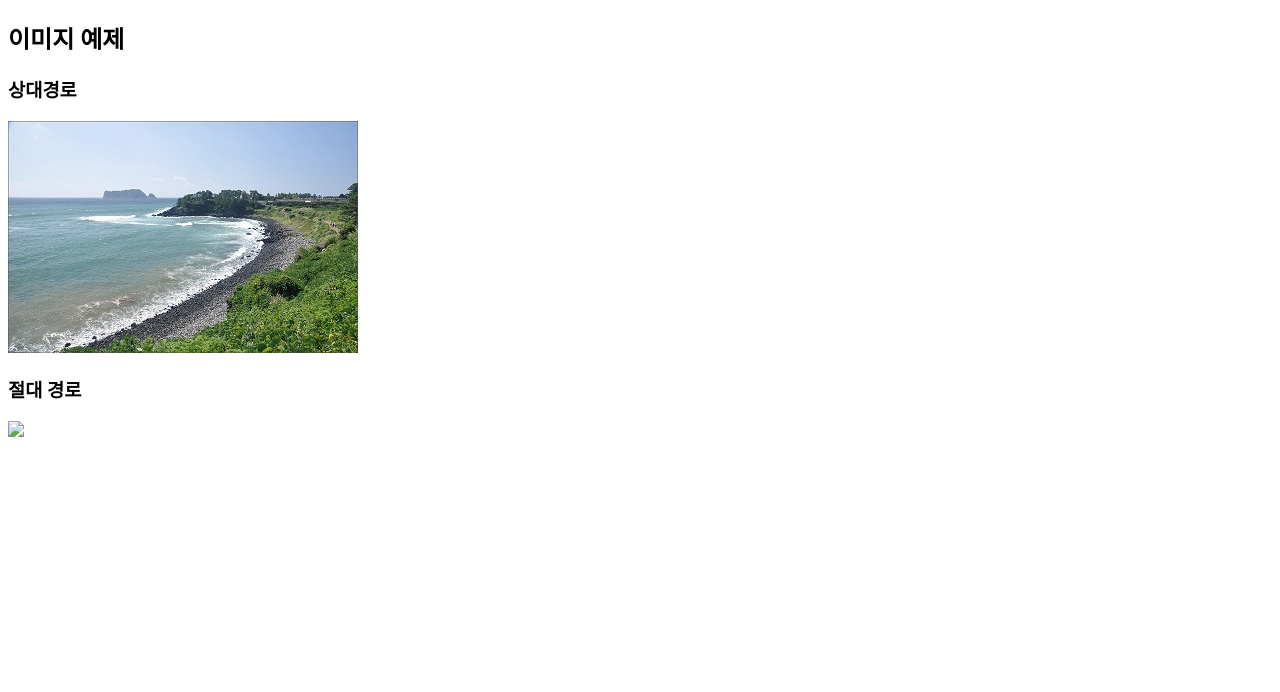
Repository: gus-123/Edu_KCC_HTML
Page: Html/WebContent/image.html
The author's editor kept a copy of each file at every save. The page is drawn from the files as they stood at one save, then again after the next save.
The browser window is 1280 px wide. The pictures show the whole page.

Above is the page before, as saved 2024-07-08 03:11:11.
Not found: Html/WebContent/images/road2.jpg alt =

After the next save:
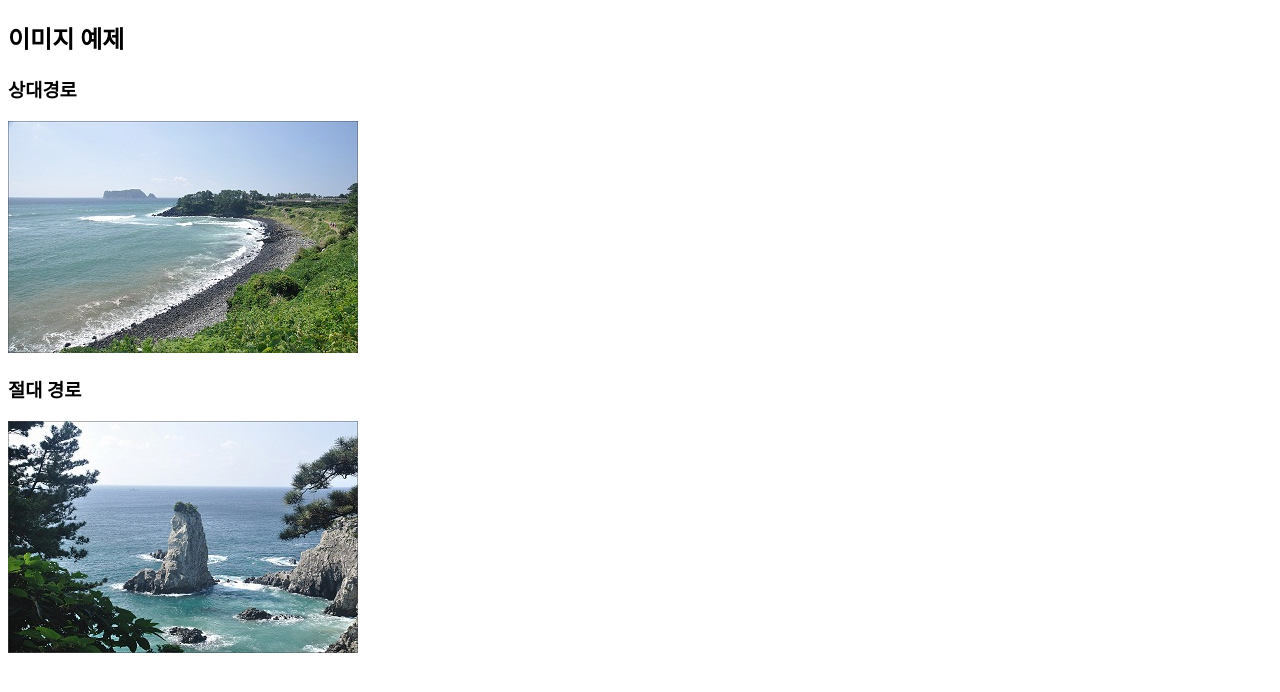
Saved 26 s later.
--- a/Html/WebContent/image.html
+++ b/Html/WebContent/image.html
@@ -11,6 +11,6 @@
 	<img src="images/road1.jpg" alt = "" />
 
 	<h3>절대 경로 </h3>
-	<img src="./images/road2.jpg alt = "" />
+	<img src="./images/road2.jpg" alt = "" />
 </body>
 </html>
